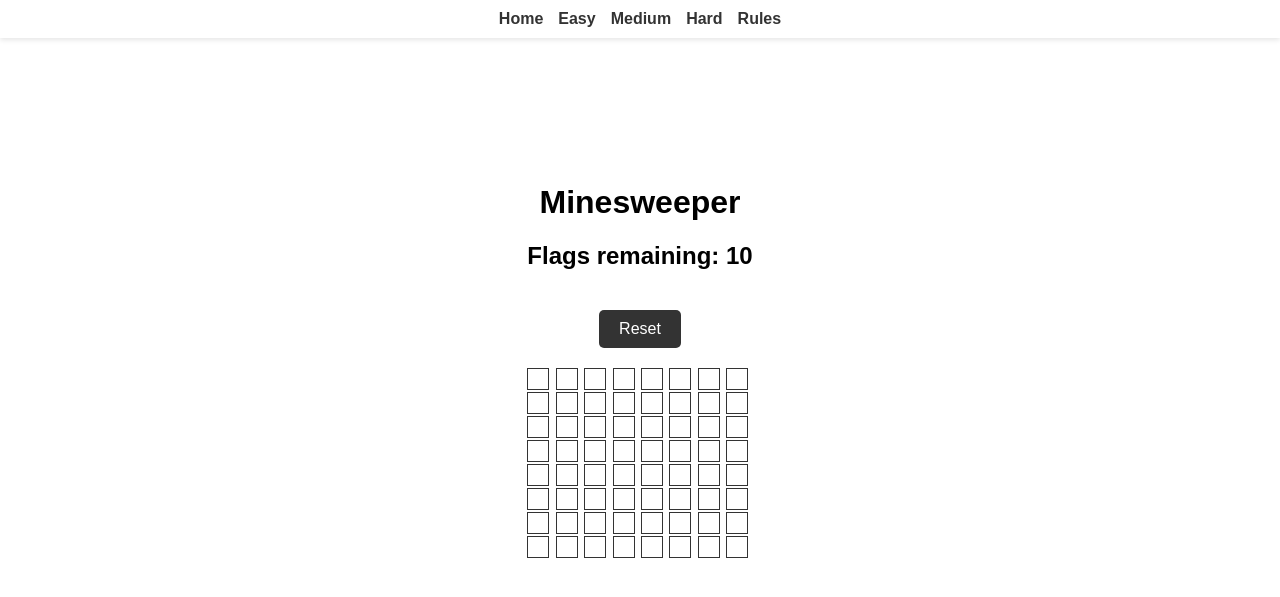
Repository: liwingy/-WingYee-_-Li-project2
Page: /game/easy
These files come from the project's save history. The page is drawn as it stood at one moment and after the next save; the edit follows.
The browser window is 1280 px wide. The pictures show the whole page.
The project was rebuilt for these pictures with package versions that can differ from the ones it lists, and the page was loaded fresh each time. Also part of the build but not shown: src/views/Homepage.css, src/views/Homepage.js, src/views/Rules.js.

Above is the page before, as saved 2024-11-11 20:45:33.

### src/App.js
import './styles.css';
import { BrowserRouter as Router, Routes, Route, Link } from 'react-router-dom';
import Homepage from './views/Homepage';
import Game from './views/Game';
import Rules from './views/Rules';

function App() {
  return (
    <Router>
      <nav>
        <Link to="/">Home</Link>
        <Link to="/game/easy">Easy</Link>
        <Link to="/game/medium">Medium</Link>
        <Link to="/game/hard">Hard</Link>
        <Link to="/rules">Rules</Link>
      </nav>
      <Routes>
        <Route path="/" element={<Homepage />} />
        <Route path="/game/:difficulty" element={<Game />} />
        <Route path="/rules" element={<Rules />} />
      </Routes>
    </Router>
  );
}

export default App;

### src/styles.css
/* General Styles */
body, html {
  display: flex;
  justify-content: center;
  align-items: center;
  height: 100vh;
  margin: 0;
  font-family: Arial, sans-serif;
  text-align: center;
}

/* Main Container */
.main-container {
  display: flex;
  flex-direction: column;
  align-items: center;
  width: 100%;
  max-width: 1000px; /* Increased max-width for larger board support */
  margin-top: 60px;
}

/* Navbar Styling */
nav {
  position: fixed;
  top: 0;
  left: 0;
  right: 0;
  display: flex;
  gap: 15px;
  justify-content: center;
  background-color: white;
  padding: 10px;
  box-shadow: 0 2px 5px rgba(0, 0, 0, 0.1);
  z-index: 1000;
}

nav a {
  text-decoration: none;
  color: #333;
  font-weight: bold;
}

nav a:hover {
  color: #555;
}

/* Board Container */
.board-container {
  width: 100%;
  max-width: 90vw;
  max-height: 80vh;
  overflow: auto; /* Allows scrolling if needed */
  margin-top: 20px;
  padding: 5px;
  border: 1px solid #ddd;
  display: flex;
  justify-content: center;
  align-items: center;
}

/* Board Styling */
.board {
  display: grid;
  gap: 2px;
  justify-content: center;
  margin-top: 20px;
}

/* Dynamic Columns for Hard Mode */
.board.hard {
  grid-template-columns: repeat(30, 20px);
  transform: scale(0.75); /* Scales down to 75% */
  transform-origin: top center; /* Keeps it centered */
}

/* Cell Styling */
.cell {
  width: 20px;
  height: 20px;
  border: 1px solid #333;
  display: flex;
  align-items: center;
  justify-content: center;
  font-size: 12px; /* Smaller font to fit smaller cells */
  cursor: pointer;
}

/* Revealed Cell Styling */
.cell.revealed {
  background-color: #d0d0d0;
}

/* Hover Effect for Cell */
.cell:hover {
  background-color: #e0e0e0;
}

.cell.flagged {
  color: red;
}

/* Button Styling */
button {
  margin-top: 20px;
  padding: 10px 20px;
  font-size: 16px;
  cursor: pointer;
  background-color: #333;
  color: #fff;
  border: none;
  border-radius: 5px;
}

button:hover {
  background-color: #555;
}

### src/views/Game.js
import React, { useState, useEffect } from 'react';
import { useParams } from 'react-router-dom';
import Cell from '../components/Cell';

function Game() {
  const { difficulty } = useParams();

  // Define game states and configurations
  const [grid, setGrid] = useState([]);
  const [isGameOver, setIsGameOver] = useState(false);
  const [hasWon, setHasWon] = useState(false);
  const [isFirstClick, setIsFirstClick] = useState(true);
  const [flagCount, setFlagCount] = useState(0);

  // Configuration for different difficulties
  const config = {
    easy: { size: 8, mines: 10 },
    medium: { size: 16, mines: 40 },
    hard: { size: 30, mines: 99 },
  }[difficulty] || { size: 8, mines: 10 };

  // Reset the game when the component mounts or the difficulty changes
  useEffect(() => {
    resetGame(); // Initialize game state
  }, [difficulty]);

  // Initialize a new grid and set up mines
  function initializeGrid() {
    const emptyGrid = Array.from({ length: config.size }, () =>
      Array.from({ length: config.size }, () => ({
        isRevealed: false,
        isMine: false,
        isFlagged: false,
        adjacentMines: 0,
      }))
    );
    setGrid(emptyGrid); // Set grid to the initial empty grid
    setFlagCount(config.mines); // Initialize flag count based on mines
  }

  // Place mines on the grid, avoiding the first click position
  function placeMinesAvoidingFirstClick(grid, firstRow, firstCol) {
    let minesPlaced = 0;
    while (minesPlaced < config.mines) {
      const row = Math.floor(Math.random() * config.size);
      const col = Math.floor(Math.random() * config.size);

      if ((row !== firstRow || col !== firstCol) && !grid[row][col].isMine) {
        grid[row][col] = { ...grid[row][col], isMine: true };
        updateAdjacentCounts(grid, row, col);
        minesPlaced++;
      }
    }
  }

  // Update the adjacent mine count for cells surrounding a new mine
  function updateAdjacentCounts(grid, row, col) {
    for (let r = Math.max(row - 1, 0); r <= Math.min(row + 1, config.size - 1); r++) {
      for (let c = Math.max(col - 1, 0); c <= Math.min(col + 1, config.size - 1); c++) {
        if (!grid[r][c].isMine) {
          grid[r][c].adjacentMines++;
        }
      }
    }
  }

  // Handle left-click on a cell, with Safe First Turn logic
  function handleClick(row, col) {
    if (isGameOver || grid[row][col].isRevealed) return;

    const newGrid = [...grid];

    // Place mines on first click, avoiding the clicked cell
    if (isFirstClick) {
      placeMinesAvoidingFirstClick(newGrid, row, col);
      setIsFirstClick(false);
    }

    // Check if the cell is a mine
    if (newGrid[row][col].isMine) {
      setIsGameOver(true);
      alert("Game over🙈! You hit a bomb💣!");
      revealAllMines(newGrid);
      setGrid(newGrid);
      return;
    }

    // Reveal the cell and adjacent cells if no adjacent mines
    revealCell(newGrid, row, col);
    setGrid(newGrid);

    // Check if the player has won
    if (checkWin(newGrid)) {
      setHasWon(true);
      alert("Congratulations🥳! You won🏅!");
    }
  }

  // Right-click or shift-click to toggle a flag, implementing the Flag Bomb Function
  function handleRightClick(event, row, col) {
    event.preventDefault();
    if (isGameOver || grid[row][col].isRevealed) return;

    const newGrid = [...grid];
    newGrid[row][col].isFlagged = !newGrid[row][col].isFlagged;
    setFlagCount(flagCount + (newGrid[row][col].isFlagged ? -1 : 1));
    setGrid(newGrid);
  }

  // Reveal a cell and, if no adjacent mines, implement Auto Clear by recursively revealing cells
  function revealCell(grid, row, col) {
    if (row < 0 || col < 0 || row >= config.size || col >= config.size || grid[row][col].isRevealed || grid[row][col].isMine) return;

    grid[row][col].isRevealed = true;

    if (grid[row][col].adjacentMines === 0) {
      getNeighbors(row, col).forEach(([r, c]) => revealCell(grid, r, c));
    }
  }

  // Get all valid neighboring cells for a given cell
  function getNeighbors(row, col) {
    const directions = [
      [-1, -1], [-1, 0], [-1, 1],
      [0, -1],           [0, 1],
      [1, -1], [1, 0], [1, 1]
    ];
    return directions
      .map(([dr, dc]) => [row + dr, col + dc])
      .filter(([r, c]) => r >= 0 && r < config.size && c >= 0 && c < config.size);
  }

  // Show all mines if the game is over
  function revealAllMines(grid) {
    grid.forEach(row => {
      row.forEach(cell => {
        if (cell.isMine) {
          cell.isRevealed = true;
        }
      });
    });
  }

  // Check if the player has won by revealing all non-mine cells
  function checkWin(grid) {
    return grid.flat().every(cell => cell.isMine || cell.isRevealed);
  }

  // Reset the game state and initialize a new grid
  function resetGame() {
    setIsGameOver(false);
    setHasWon(false);
    setIsFirstClick(true);
    initializeGrid(); // This will set up an empty grid initially
  }

  // Render the Minesweeper game
  return (
    <div>
      <h1>{isGameOver ? "Game Over" : hasWon ? "You Won!" : "Minesweeper"}</h1>
      <h2>Flags remaining: {flagCount}</h2>
      <button onClick={resetGame}>Reset</button>
      <div className="board" style={{ gridTemplateColumns: `repeat(${config.size}, 1fr)` }}>
        {grid.map((row, rIndex) =>
          row.map((cell, cIndex) => (
            <Cell
              key={`${rIndex}-${cIndex}`}
              isRevealed={cell.isRevealed}
              isMine={cell.isMine}
              adjacentMines={cell.adjacentMines}
              isFlagged={cell.isFlagged}
              onClick={() => handleClick(rIndex, cIndex)}
              onContextMenu={(e) => handleRightClick(e, rIndex, cIndex)}
            />
          ))
        )}
      </div>
    </div>
  );
}

export default Game;

### src/components/Cell.js
import React from 'react';

function Cell({ isRevealed, isMine, adjacentMines, isFlagged, onClick, onContextMenu }) {
  return (
    <div
      className={`cell ${isRevealed ? "revealed" : ""}`}
      onClick={onClick}
      onContextMenu={onContextMenu}
    >
      {isRevealed && isMine ? "💣" : isFlagged ? "🚩" : isRevealed && adjacentMines > 0 ? adjacentMines : ""}
    </div>
  );
}

export default Cell;

Loaded but not shown: public/index.html (common file); src/index.js (common file)

After the next save:
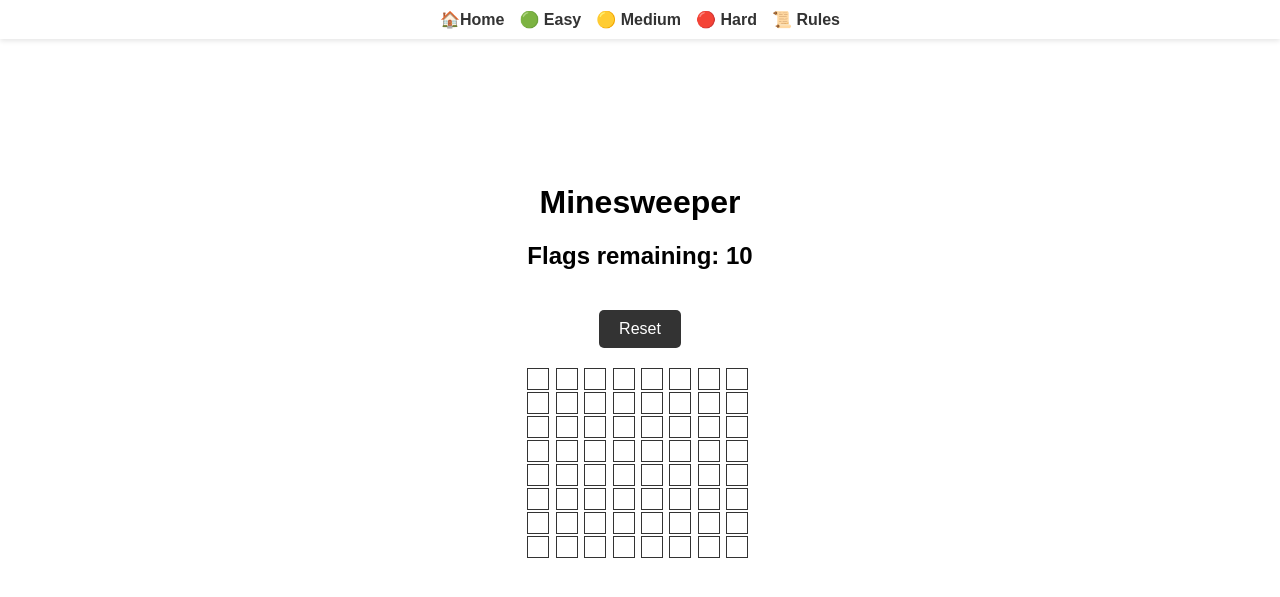
Saved 2 min 49 s later.
--- a/src/App.js
+++ b/src/App.js
@@ -8,11 +8,11 @@ function App() {
   return (
     <Router>
       <nav>
-        <Link to="/">Home</Link>
-        <Link to="/game/easy">Easy</Link>
-        <Link to="/game/medium">Medium</Link>
-        <Link to="/game/hard">Hard</Link>
-        <Link to="/rules">Rules</Link>
+        <Link to="/">🏠Home</Link>
+        <Link to="/game/easy">🟢 Easy</Link>
+        <Link to="/game/medium">🟡 Medium</Link>
+        <Link to="/game/hard">🔴 Hard</Link>
+        <Link to="/rules">📜 Rules</Link>
       </nav>
       <Routes>
         <Route path="/" element={<Homepage />} />
